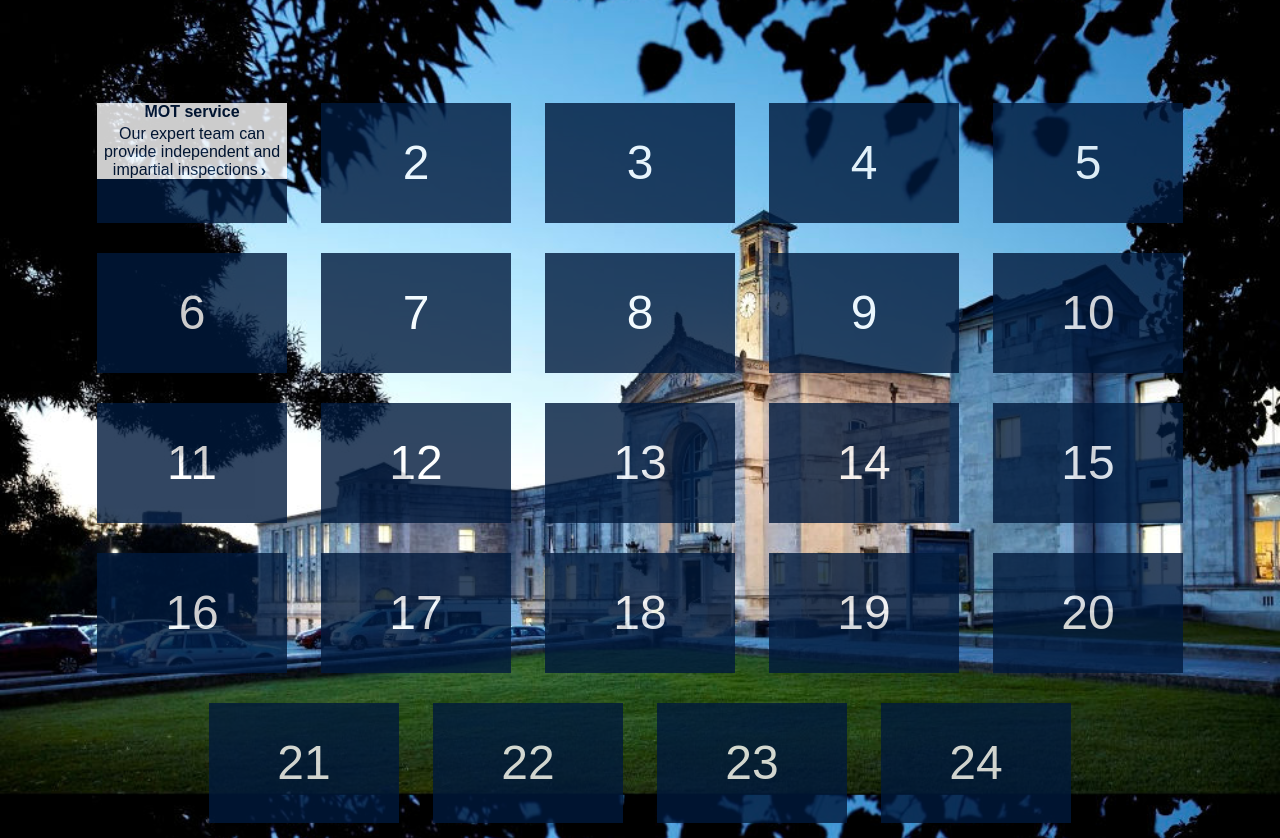
Repository: Domehead123/advent
Page: index.html
The author's editor kept a record of every edit. The page is drawn from the files as they stood at one moment, then again after the next edit.
The browser window is 1280 px wide. The pictures show the whole page.

Above is the page before.

After the next edit:
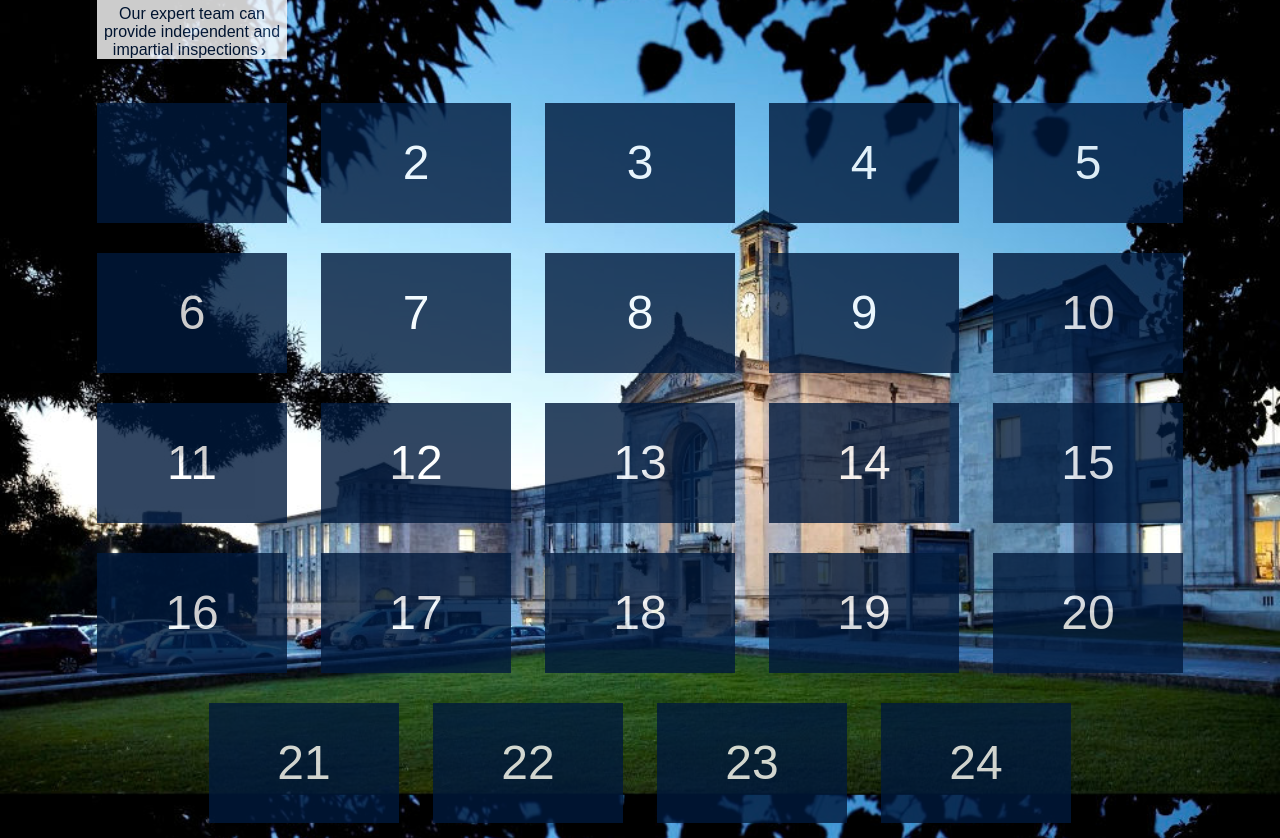
The edit:
--- a/index.html
+++ b/index.html
@@ -10,7 +10,7 @@
 <body>
     <div class="window-wrapper">
         <div class="window">
-        <div class="window-closed">1</div>
+
         <div class="window-open"><a href="https://www.southampton.gov.uk/roads-parking/highway/mot/"></span><span class="window-header">MOT service</span>
         <span class="abstract">Our expert team can provide independent and impartial inspections</span><span class="day">1</span></a></div>
 
